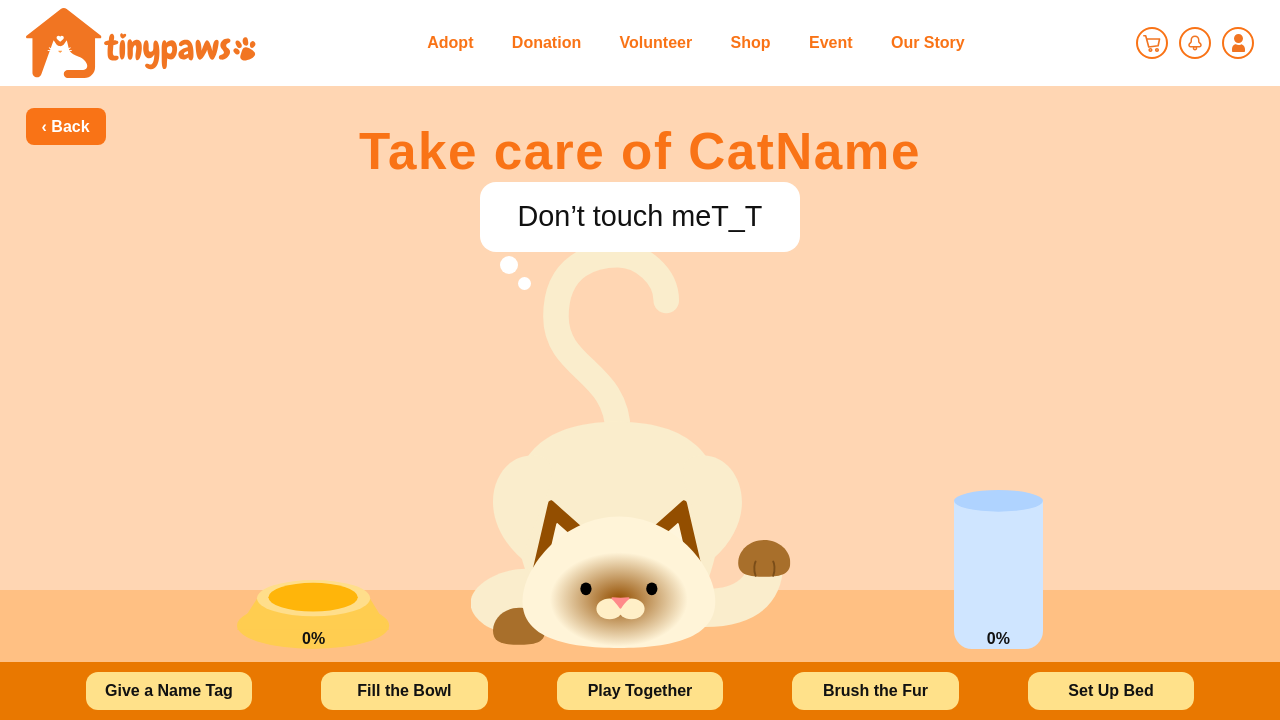
Repository: LShuyanLi/TinyPaws
Page: /, after clicking the first element matching `div > div`
These files come from the project's save history. The page is drawn as it stood at one moment and after the next save; the edit follows.
The browser window is 1280 px wide. The pictures show the whole page.
The project was rebuilt for these pictures with package versions that can differ from the ones it lists, and the page was loaded fresh each time. The framework's server and built-in components were replaced by stand-ins that run in the browser. Also part of the build but not shown: next.config.mjs.

Above is the page before, as saved 2026-05-09 23:39:08.

### app/layout.js
import { Geist, Geist_Mono } from "next/font/google";
import "./globals.css";

const geistSans = Geist({
  variable: "--font-geist-sans",
  subsets: ["latin"],
});

const geistMono = Geist_Mono({
  variable: "--font-geist-mono",
  subsets: ["latin"],
});

export const metadata = {
  title: "Create Next App",
  description: "Generated by create next app",
};

export default function RootLayout({ children }) {
  return (
    <html lang="en" className={`${geistSans.variable} ${geistMono.variable}`}>
      <body>{children}</body>
    </html>
  );
}

### app/page.js
"use client";

import { useState } from "react";

import Header from "@/components/shared/Header";
import ChooseScreen from "@/components/shuyan/ChooseScreen";
import PlayScreen from "@/components/shuyan/PlayScreen";



export default function Home() {
  const [screen, setScreen] = useState("choose");
  const [selectedCat, setSelectedCat] = useState(null);

  function goToChoose() {
    setScreen("choose");
  }

  function goToPlay(catImage) {
    setSelectedCat(catImage);
    setScreen("play");
  }

  return (
    <main
      style={{
        width: "100vw",
        height: "100vh",
        margin: 0,
        overflow: "hidden",
        fontFamily: "Arial, Helvetica, sans-serif",
        backgroundColor: "#ffd6b3",
      }}
    >
      <Header />

      {screen === "choose" && (
        <ChooseScreen goToPlay={goToPlay} />
      )}

      {screen === "play" && (
        <PlayScreen
        goToChoose={goToChoose}
        selectedCat={selectedCat} />
      )}
    </main>
  );
}

### app/globals.css
:root {
  --background: #ffffff;
  --foreground: #171717;
}

@media (prefers-color-scheme: dark) {
  :root {
    --background: #0a0a0a;
    --foreground: #ededed;
  }
}

html {
  height: 100%;
}

html,
body {
  max-width: 100vw;
  overflow-x: hidden;
}

body {
  min-height: 100%;
  display: flex;
  flex-direction: column;
  color: var(--foreground);
  background: var(--background);
  font-family: Arial, Helvetica, sans-serif;
  -webkit-font-smoothing: antialiased;
  -moz-osx-font-smoothing: grayscale;
}

* {
  box-sizing: border-box;
  padding: 0;
  margin: 0;
}

a {
  color: inherit;
  text-decoration: none;
}

@media (prefers-color-scheme: dark) {
  html {
    color-scheme: dark;
  }
}

### components/shared/Header.jsx
// Displays the decorative top navigation area with the logo, nav menu, and icons.

export default function Header() {
  return (
    <header
      style={{
        width: "100%",
        height: "12vh",
        backgroundColor: "#ffffff",
        display: "flex",
        alignItems: "center",
        justifyContent: "space-between",
        padding: "0 2vw",
        boxSizing: "border-box",
      }}
    >
      <img
        src="/Logo.svg"
        alt="TinyPaws logo"
        style={{
          width: "18vw",
          minWidth: "150px",
          maxWidth: "270px",
          height: "auto",
        }}
      />

      <nav
        style={{
          display: "flex",
          gap: "3vw",
          color: "#f97316",
          fontWeight: "700",
          fontSize: "1rem",
        }}
      >
        <span>Adopt</span>
        <span>Donation</span>
        <span>Volunteer</span>
        <span>Shop</span>
        <span>Event</span>
        <span>Our Story</span>
      </nav>

      <div
        style={{
          display: "flex",
          gap: "0.7rem",
        }}
      >
        <button style={iconButtonStyle}>
         <img src="/chart.svg" style={iconImageStyle} />
        </button>

        <button style={iconButtonStyle}>
          <img src="/bell.svg" style={iconImageStyle} />
        </button>

        <button style={iconButtonStyle}>
         <img src="/user.svg" style={iconImageStyle} />
        </button>
      </div>
    </header>
  );
}

const iconButtonStyle = {
  width: "2rem",
  height: "2rem",
  border: "2px solid #f97316",
  borderRadius: "50%",
  backgroundColor: "#ffffff",
  color: "#f97316",
  cursor: "pointer",
  display: "flex",
  alignItems: "center",
  justifyContent: "center",
};

const iconImageStyle = {
  width: "1.1rem",
  height: "1.1rem",
  objectFit: "contain",
  display: "block",
};

### components/shuyan/ChooseScreen.jsx
import PokeCatBall from "@/components/shuyan/PokeCatBall";

export default function ChooseScreen({ goToPlay }) {

    return (
        <section
        style={{
            position: "relative",
            width: "100%",
            height: "88vh",
            backgroundColor: "#ffd6b3",
        }}
        >

        <h1
            style={{
            margin: 0,
            paddingTop: "5vh",
            textAlign: "center",
            color: "#f97316",
            fontSize: "clamp(2rem, 4vw, 3.3rem)",
            fontWeight: "700",
            letterSpacing: "0.03em",
            }}
        >
            Choose Your New Little Friend
        </h1>

        <div
            style={{
            position: "relative",
            zIndex: 5,
            width: "100%",
            display: "flex",
            justifyContent: "space-around",
            alignItems: "flex-start",
            marginTop: "8vh",
            padding: "0 4vw",
            boxSizing: "border-box",
            }}
        >
            <PokeCatBall
                closeBall="/CloseBall.svg"
                openBall="/OpenBall-1.svg"
                catImage="/cat-1.svg"
                goToPlay={goToPlay} />
            <PokeCatBall
                closeBall="/CloseBall.svg"
                openBall="/OpenBall-2.svg"
                catImage="/cat-2.svg"
                goToPlay={goToPlay} />
            <PokeCatBall
                closeBall="/CloseBall.svg"
                openBall="/OpenBall-3.svg"
                catImage="/cat-3.svg"
                goToPlay={goToPlay} />
        </div>

        <div
            style={{
            position: "absolute",
            left: 0,
            bottom: "7.5vh",
            width: "100%",
            height: "10vh",
            backgroundColor: "#ffc083",
            }}
        />

        <div
            style={{
            position: "absolute",
            left: 0,
            bottom: 0,
            width: "100%",
            height: "7.5vh",
            backgroundColor: "#e97800",
            }}
        />
        </section>
    );
}

### components/shuyan/PlayScreen.jsx
// PlayScreen.jsx: Builds the main cat play screen with the background, cat area, feeding area, tools, bed, and bottom buttons.

import BackButton from "@/components/shuyan/BackButton";
import BottomActionBar from "@/components/shuyan/BottomActionBar";
import CatDisplay from "@/components/shared/CatDisplay";
import FoodBowl from "@/components/Jinwon/FoodBowl";
import WaterBottle from "@/components/Jinwon/WaterBottle";
import CatEmotion from "@/components/Jessica/CatEmotion";

export default function PlayScreen({ goToChoose, selectedCat }) {
  return (
    <section
      style={{
        position: "relative",
        width: "100%",
        height: "88vh",
        backgroundColor: "#ffd6b3",
        overflow: "hidden",
      }}
    >
      <BackButton goToChoose={goToChoose}/>

      <h1
        style={{
          margin: 0,
          paddingTop: "5vh",
          textAlign: "center",
          color: "#f97316",
          fontSize: "clamp(2rem, 4vw, 3.3rem)",
          fontWeight: "700",
          letterSpacing: "0.03em",
          position: "relative",
          zIndex: 5,
        }}
      >
        Take care of CatName
      </h1>

      {/* Light orange ground */}
      <div
        style={{
          position: "absolute",
          left: 0,
          bottom: "8vh",
          width: "100%",
          height: "10vh",
          backgroundColor: "#ffc083",
          zIndex: 1,
        }}
      />

      {/* Main play area */}
      <div
        style={{
          position: "absolute",
          left: "50%",
          bottom: "10vh",
          transform: "translateX(-50%)",
          width: "75vw",
          height: "50vh",
          zIndex: 5,
        }}
      >
        <CatEmotion />
        <FoodBowl />
        <CatDisplay selectedCat={selectedCat}/>
        <WaterBottle />
      </div>

      <BottomActionBar />
    </section>
  );
}

### components/shuyan/PokeCatBall.jsx
"use client";
// Displays one selectable pokeCAT ball and shows its cat preview on hover.

import { useState } from "react";

export default function PokeCatBall({ closeBall, openBall, goToPlay, catImage }) {

    const [isHover, setIsHover] = useState(false);

    function pokecatBall() {
        if (!isHover) {
            return closeBall;
        } else {
            return openBall;
        }
    }

    return (
        <div
            onClick={() => goToPlay(catImage)}
            onMouseEnter={() => setIsHover(true)}
            onMouseLeave={() => setIsHover(false)}
            style={{
                width: "24vw",
                maxWidth: "380px",
                minWidth: "230px",
                height: "50vh",
                display: "flex",
                alignItems: "flex-start",
                justifyContent: "center",
                cursor: "pointer"
            }}
        >
        <img
            src={pokecatBall()}
            style={{
            width: "90%",
            objectFit: "contain",
            display: "block",
            }}
        />
        </div>
    );
}

### components/shuyan/BackButton.jsx
// Displays the back button and returns the user to the cat selection screen.


export default function BackButton({ goToChoose }) {
  return (
    <button
        onClick={goToChoose}
        style={{
            position: "absolute",
            top: "3vh",
            left: "2vw",
            backgroundColor: "#f97316",
            color: "#ffffff",
            border: "none",
            borderRadius: "8px",
            padding: "0.6rem 1rem",
            fontSize: "1rem",
            fontWeight: "600",
            cursor: "pointer",
            zIndex: 10,
      }}
    >
      ‹ Back
    </button>
  );
}

### components/shuyan/BottomActionBar.jsx
"use client";

// BottomActionBar.jsx: Displays the bottom interaction buttons and shows each hover bubble.

import { useState } from "react";

export default function BottomActionBar( {
  activeButton,
  setActiveButton,
  setSelectedBed, //these three are for the bed feature
  ballSpeed,
  setBallSpeed, //these two are for the play ball feature
  featherActive,
  setFeatherActive,
}) {
  return (
    <div
      style={{
        position: "absolute",
        left: 0,
        bottom: 0,
        width: "100%",
        height: "8vh",
        backgroundColor: "#e97800",
        display: "flex",
        alignItems: "center",
        justifyContent: "space-around",
        padding: "0 4vw",
        boxSizing: "border-box",
        zIndex: 20,
      }}
    >
      {/* Name button - Elina can connect this to NameTag modal later */}
      <div style={{ position: "relative" }}>
        <button style={buttonStyle}>Give a Name Tag</button>
      </div>

      {/* Feed button - Jinwon */}
      <div
        onMouseEnter={() => setActiveButton("feed")}
        onMouseLeave={() => setActiveButton(null)}
        style={{ position: "relative" }}
      >
        {activeButton === "feed" && (
          <div style={bubbleStyle}>
            <img src="/bubble-3.svg" style={bubbleBackgroundStyle} />

            {/* dry food option - Jinwon can add onClick here */}
            <img
              src="/dryfood.svg"
              style={{
                position: "absolute",
                top: "8%",
                left: "50%",
                transform: "translateX(-50%)",
                width: "45%",
                height: "auto",
                cursor: "pointer",
              }}
            />

            {/* wet food option - Jinwon can add onClick here */}
            <img
              src="/wetfood.svg"
              style={{
                position: "absolute",
                top: "34%",
                left: "50%",
                transform: "translateX(-50%)",
                width: "45%",
                height: "auto",
                cursor: "pointer",
              }}
            />

            {/* water option - Jinwon can add onClick here */}
            <img
              src="/water.svg"
              style={{
                position: "absolute",
                top: "60%",
                left: "50%",
                transform: "translateX(-50%)",
                width: "38%",
                height: "auto",
                cursor: "pointer",
              }}
            />
          </div>
        )}

        <button style={buttonStyle}>Fill the Bowl</button>
      </div>

      {/* Play button - Jonah handles ball/feather, Elina handles hand */}
      <div
        style={{ position: "relative" }}
      >
        {activeButton === "play" && (
          <div style={bubbleStyle}>
            <img src="/bubble-3.svg" style={bubbleBackgroundStyle} />

            {/* ball option - Jonah can add onClick here */}
            <img
              src="/ball.svg"
                onClick={() => {
                setFeatherActive(false);

                setBallSpeed(prev =>
                  prev === "stop"
                    ? "slow"
                    : prev === "slow"
                    ? "fast"
                    : "stop"
                );
              }}
              style={{
                position: "absolute",
                top: "8%",
                left: "50%",
                transform: "translateX(-50%)",
                width: "42%",
                height: "auto",
                cursor: "pointer",
                opacity: ballSpeed === "stop" ? 0.5 : 1
              }}
            />

            {/* feather option - Jonah can add onClick here */}
            <img
              src="/feather.svg"
              onClick={() => {
                setBallSpeed("stop");
                setFeatherActive(prev => !prev);
              }}
              style={{
                position: "absolute",
                top: "30%",
                left: "50%",
                transform: "translateX(-50%)",
                width: "55%",
                height: "auto",
                cursor: "pointer",
              }}
            />

            {/* hand option - Elina can add onClick here */}
            <img
              src="/hand.svg"
              style={{
                position: "absolute",
                top: "55%",
                left: "50%",
                transform: "translateX(-50%)",
                width: "42%",
                height: "auto",
                cursor: "pointer",
              }}
            />
          </div>
        )}

        <button
          style={buttonStyle}
          onClick={() =>
            setActiveButton(activeButton === "play" ? null : "play")
          }
        >Play Together</button>
      </div>

      {/* Brush button - Elina */}
      <div
        onMouseEnter={() => setActiveButton("brush")}
        onMouseLeave={() => setActiveButton(null)}
        style={{ position: "relative" }}
      >
        {activeButton === "brush" && (
          <div style={bubbleStyle}>
            <img src="/bubble-1.svg" style={bubbleBackgroundStyle} />

            {/* brush option - Elina can add onClick here */}
            <img
              src="/brush.svg"
              style={{
                position: "absolute",
                top: "22%",
                left: "50%",
                transform: "translateX(-50%)",
                width: "55%",
                height: "auto",
                cursor: "pointer",
              }}
            />
          </div>
        )}

        <button style={buttonStyle}>Brush the Fur</button>
      </div>

      {/* Bed button - Jonah */}
      <div
        style={{ position: "relative" }}
      >
        {activeButton === "bed" && (
          <div style={bubbleStyle}>
            <img src="/bubble-2.svg" style={bubbleBackgroundStyle} />

            {/* yellow bed option - Jonah can add onClick here */}
            <img
              src="/bed-1.svg"
              onClick={() => {
                setSelectedBed(prev =>
                  prev === "yellow" ? null : "yellow"
                );
              }}
              style={{
                position: "absolute",
                top: "12%",
                left: "50%",
                transform: "translateX(-50%)",
                width: "55%",
                height: "auto",
                cursor: "pointer",
              }}
            />

            {/* green bed option - Jonah can add onClick here */}
            <img
              src="/bed-2.png"
              onClick={() => {
                setSelectedBed(prev =>
                  prev === "green" ? null : "green"
                );
              }}
              style={{
                position: "absolute",
                top: "48%",
                left: "50%",
                transform: "translateX(-50%)",
                width: "55%",
                height: "auto",
                cursor: "pointer",
              }}
            />
          </div>
        )}

        <button
          style={buttonStyle}
          onClick={() =>
            setActiveButton(activeButton === "bed" ? null : "bed")
          }
        >Set Up Bed</button>
      </div>
    </div>
  );
}

const buttonStyle = {
  width: "13vw",
  minWidth: "150px",
  maxWidth: "200px",
  height: "2.4rem",
  border: "none",
  borderRadius: "12px",
  backgroundColor: "#ffe18a",
  color: "#111111",
  fontSize: "1rem",
  fontWeight: "600",
  cursor: "pointer",
};

const bubbleStyle = {
  position: "absolute",
  left: "50%",
  bottom: "3.4rem",
  transform: "translateX(-50%)",
  width: "7vw",
  minWidth: "95px",
  maxWidth: "140px",
  zIndex: 40,
};

const bubbleBackgroundStyle = {
  width: "100%",
  height: "auto",
  display: "block",
};

### components/shared/CatDisplay.jsx
// CatDisplay.jsx: Displays the selected cat image on the play screen.

export default function CatDisplay({
  selectedBed,
  ballSpeed,
  featherActive,
}) {
  let catImage = "/cat-1.svg";

  let catStyle = {
    width: "65%",
    height: "65%",
    objectFit: "contain",
    position: "absolute",
    bottom: "0px",
    left: "100px",
  };

  if (featherActive) {
    catImage = "/catreach-1.svg";

    catStyle = {
      ...catStyle,
      width: "300%",
    }

  } else if (ballSpeed !== "stop") {
    catImage = "/catcrouch-1.svg";
  }

  return (
    <div
      style={{
        position: "absolute",
        left: "50%",
        bottom: "0",
        transform: "translateX(-50%)",
        zIndex: 1,
      }}
    >
      {selectedBed === "yellow" && (
        <img
          src="/yellow-bed.svg"
          style={{
            position: "absolute",
            bottom: "-130px",
            left: "50%",
            transform: "translateX(-50%)",
            width: "30vw",
            minWidth: "200px",
            zIndex: 0,
          }}
        />
      )}

      {selectedBed === "green" && (
        <img
          src="/green-bed.svg"
          style={{
            position: "absolute",
            bottom: "-130px",
            left: "50%",
            transform: "translateX(-50%)",
            width: "30vw",
            minWidth: "200px",
            zIndex: 0,
          }}
        />
      )}
      <div
        style={{
          width: "625px",
          height: "625px",
          position: "relative",
        }}
      >
        <img
          src={catImage}
          style={catStyle}
        />
      </div>
    </div>
  );
}

### components/Jinwon/FoodBowl.jsx
// FoodBowl.jsx: Displays the bowl and shows dry or wet food when the bowl is clicked.

export default function FoodBowl({ bowlType }) {
  const isBowlFilled = bowlType === "dry" || bowlType === "wet";
  const fillImage = bowlType === "wet" ? "/wetfood.svg" : "/dryfood.svg";

  return (
    <div
      style={{
        position: "absolute",
        left: "8%",
        bottom: "0",
        zIndex: 10,
        textAlign: "center",
      }}
    >
      <img
        src="/bowl.svg"
        style={{
          width: "12vw",
          minWidth: "120px",
          maxWidth: "190px",
          height: "auto",
          display: "block",
        }}
      />

      {isBowlFilled && (
        <img
          src={fillImage}
          style={{
            position: "absolute",
            left: "50%",
            bottom: "22px",
            transform: "translateX(-50%)",
            width: "50%",
            height: "auto",
          }}
        />
      )}

      <p
        style={{
          margin: "-1.2rem 0 0",
          color: "#111111",
          fontSize: "1rem",
          fontWeight: "700",
        }}
      >
        {isBowlFilled ? "100%" : "0%"}
      </p>
    </div>
  );
}

### components/Jinwon/WaterBottle.jsx
// WaterBottle.jsx: Displays the water bottle and shows water level when the bottle is clicked.

export default function WaterBottle({ hasWater }) {
  const isBottleFilled = hasWater;

  return (
    <div
      style={{
        position: "absolute",
        right: "8%",
        bottom: "0",
        zIndex: 10,
        textAlign: "center",
      }}
    >
      <img
        src="/water-bottle.svg"
        style={{
          width: "7vw",
          minWidth: "80px",
          maxWidth: "130px",
          height: "auto",
          display: "block",
        }}
      />

      {isBottleFilled && (
        <img
          src="/water.svg"
          style={{
            position: "absolute",
            left: "50%",
            bottom: "22px",
            transform: "translateX(-50%)",
            width: "44%",
            height: "auto",
          }}
        />
      )}

      <p
        style={{
          margin: "-1.2rem 0 0",
          color: "#111111",
          fontSize: "1rem",
          fontWeight: "700",
        }}
      >
        {isBottleFilled ? "100%" : "0%"}
      </p>
    </div>
  );
}

### components/Jessica/CatEmotion.jsx
// CatEmotion.jsx: Displays the cat’s emotion emoji and thought bubble based on interaction results.

export default function CatEmotion() {
  return (
    <div
      style={{
        position: "absolute",
        left: "50%",
        bottom: "55vh",
        transform: "translateX(-50%)",
        zIndex: 30,
      }}
    >
      {/* Thought bubble box */}
      <div
        style={{
          position: "relative",
          width: "320px",
          minHeight: "70px",
          backgroundColor: "#ffffff",
          borderRadius: "16px",
          display: "flex",
          alignItems: "center",
          justifyContent: "center",
          padding: "0 1.5rem",
          boxSizing: "border-box",
          color: "#111111",
          fontSize: "1.8rem",
          fontWeight: "400",
        }}
      >
        Don’t touch meT_T
      </div>

      {/* Small bubble dots */}
      <div
        style={{
          position: "absolute",
          left: "20px",
          bottom: "-22px",
          width: "18px",
          height: "18px",
          backgroundColor: "#ffffff",
          borderRadius: "50%",
        }}
      />

      <div
        style={{
          position: "absolute",
          left: "38px",
          bottom: "-38px",
          width: "13px",
          height: "13px",
          backgroundColor: "#ffffff",
          borderRadius: "50%",
        }}
      />
    </div>
  );
}

After the next save:
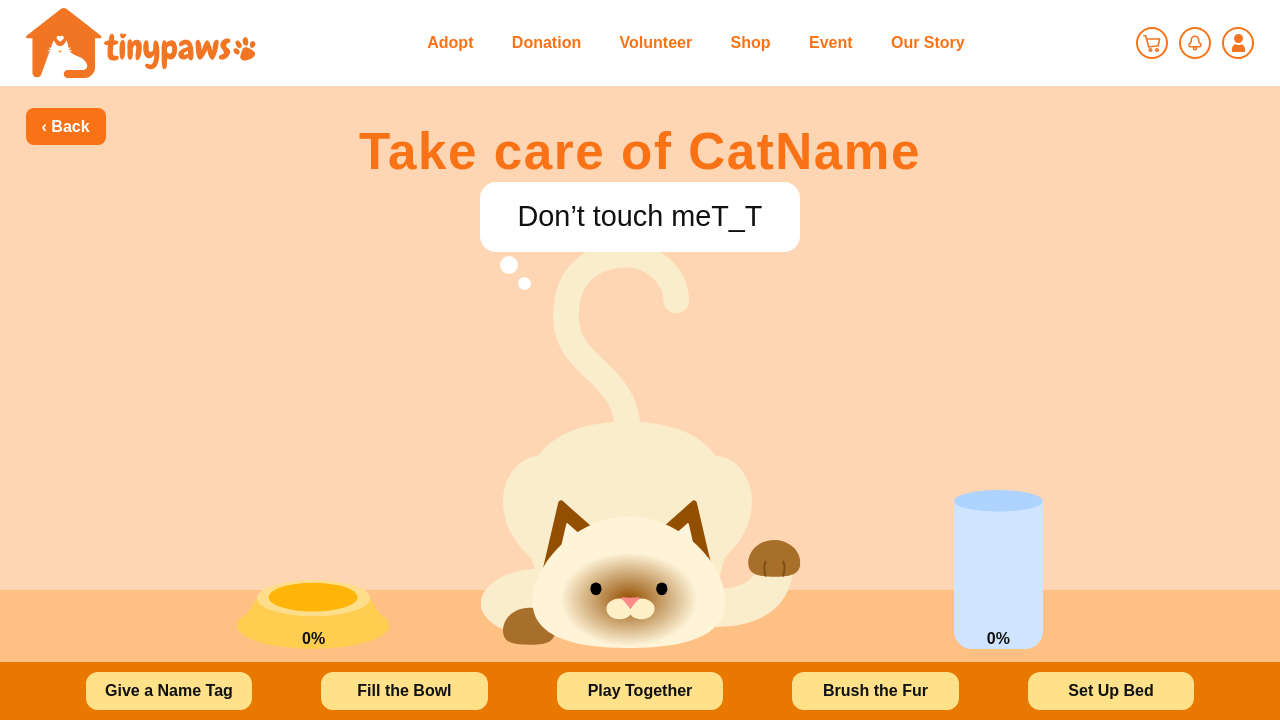
Saved 15 s later.
--- a/components/shared/CatDisplay.jsx
+++ b/components/shared/CatDisplay.jsx
@@ -13,7 +13,7 @@ export default function CatDisplay({
     objectFit: "contain",
     position: "absolute",
     bottom: "0px",
-    left: "100px",
+    left: "110px",
   };
 
   if (featherActive) {
